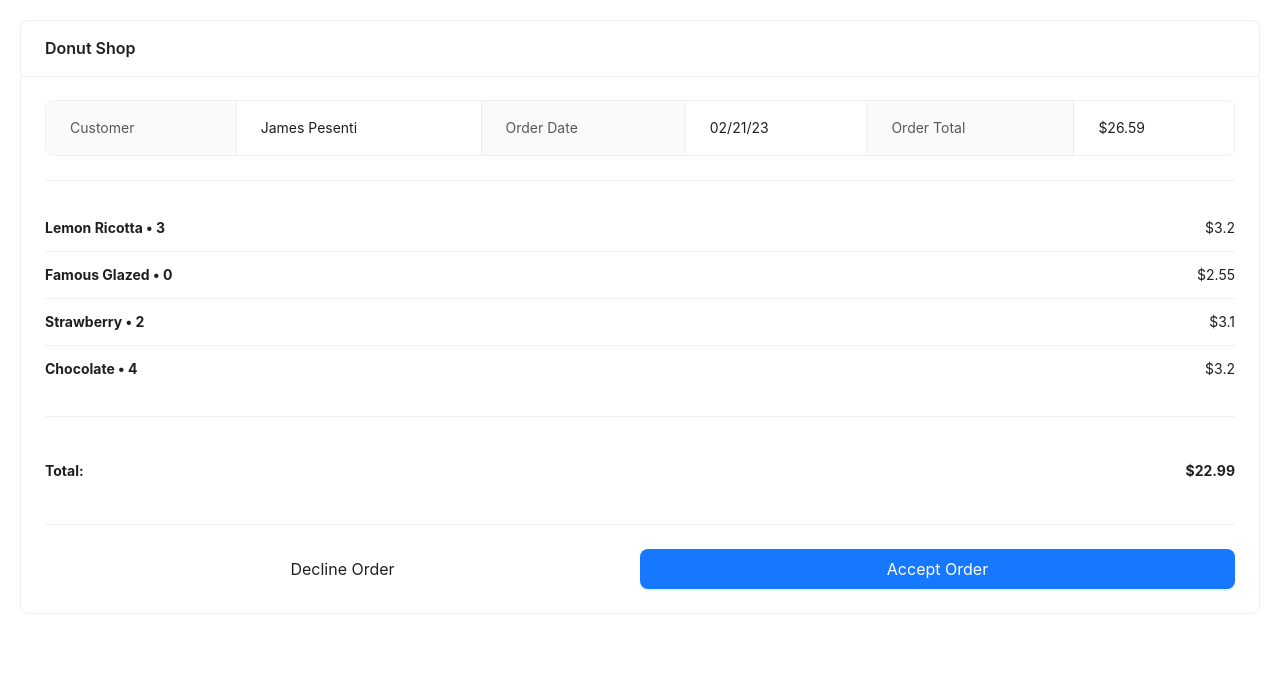
Repository: JamesPesenti/DonutShopDashboard
Page: /
These files come from the project's save history. The page is drawn as it stood at one moment and after the next save; the edit follows.
The browser window is 1280 px wide. The pictures show the whole page.
The project was rebuilt for these pictures with package versions that can differ from the ones it lists, and the page was loaded fresh each time.

Above is the page before, as saved 2023-03-22 14:31:03.

After the next save:
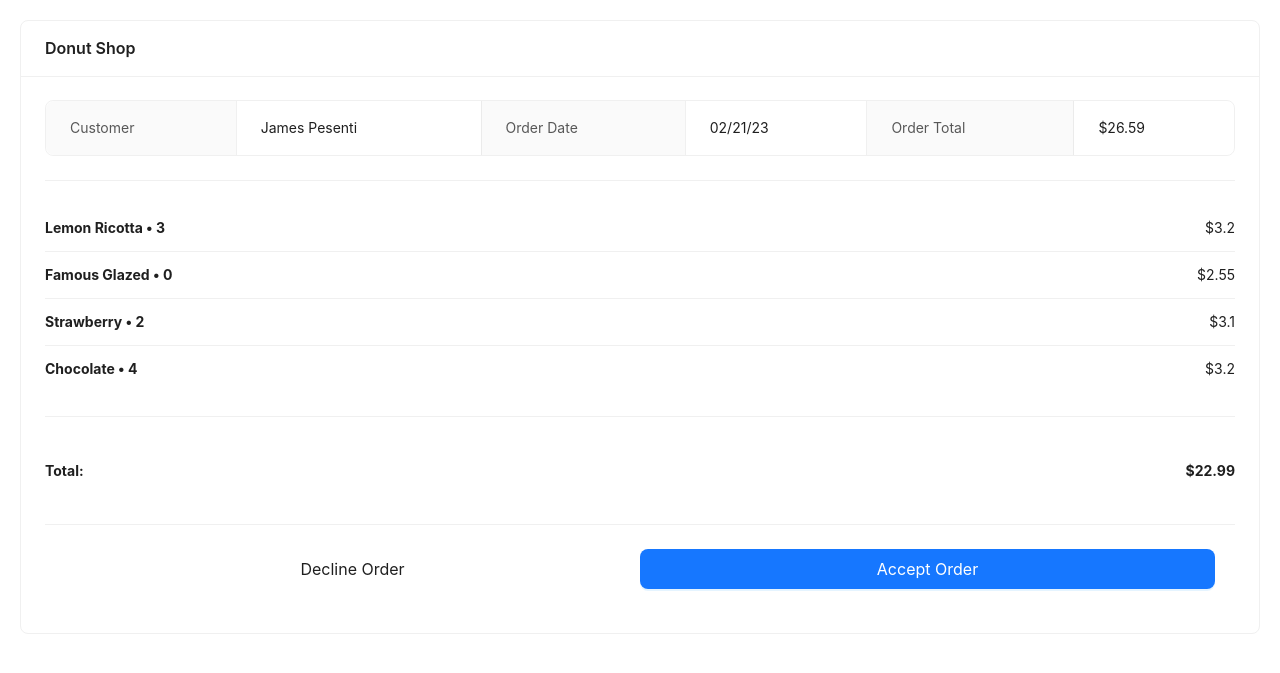
Saved 12 s later.
--- a/src/App.js
+++ b/src/App.js
@@ -55,7 +55,8 @@
   },
   buttonsContainer: {
     display: "flex",
-    flexDirection: "row"
+    flexDirection: "row",
+    margin: 20
   }
 }
 

After the 2 saves that followed:
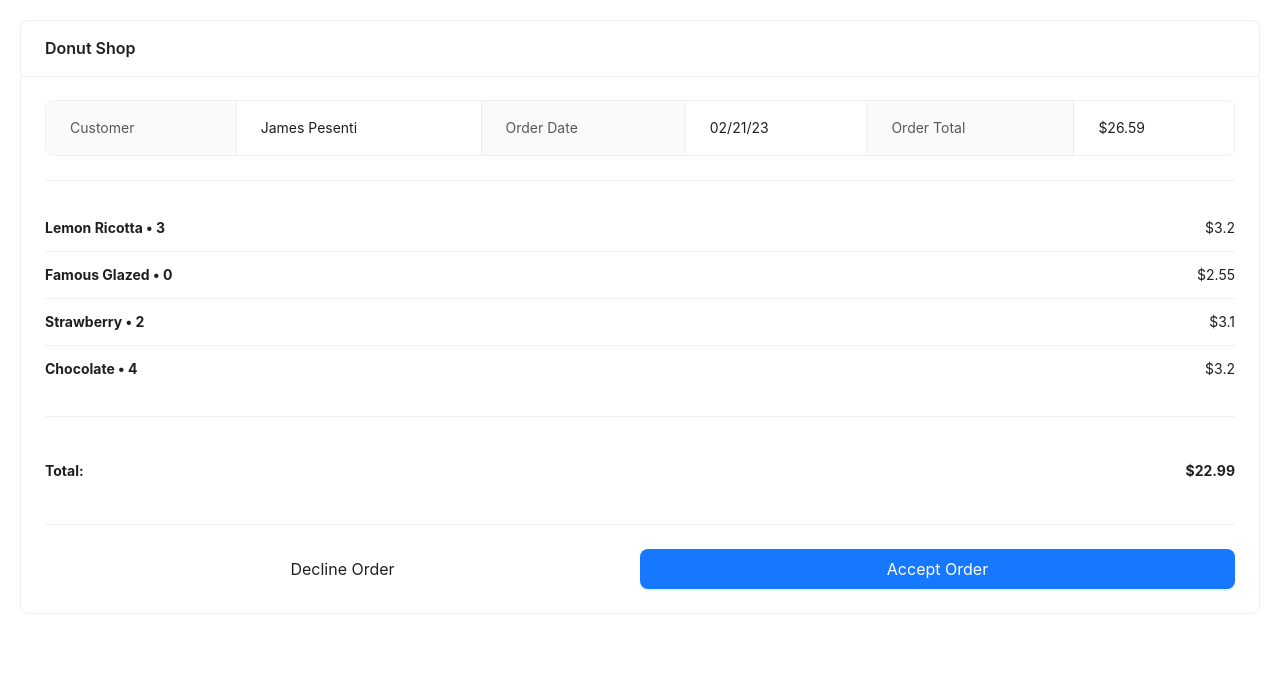
The 2 saves are shown as one change because they came seconds apart.
The last was saved 15 s later.
--- a/src/App.js
+++ b/src/App.js
@@ -56,7 +56,7 @@
   buttonsContainer: {
     display: "flex",
     flexDirection: "row",
-    margin: 20
+    marginHorizontal: 50
   }
 }
 
